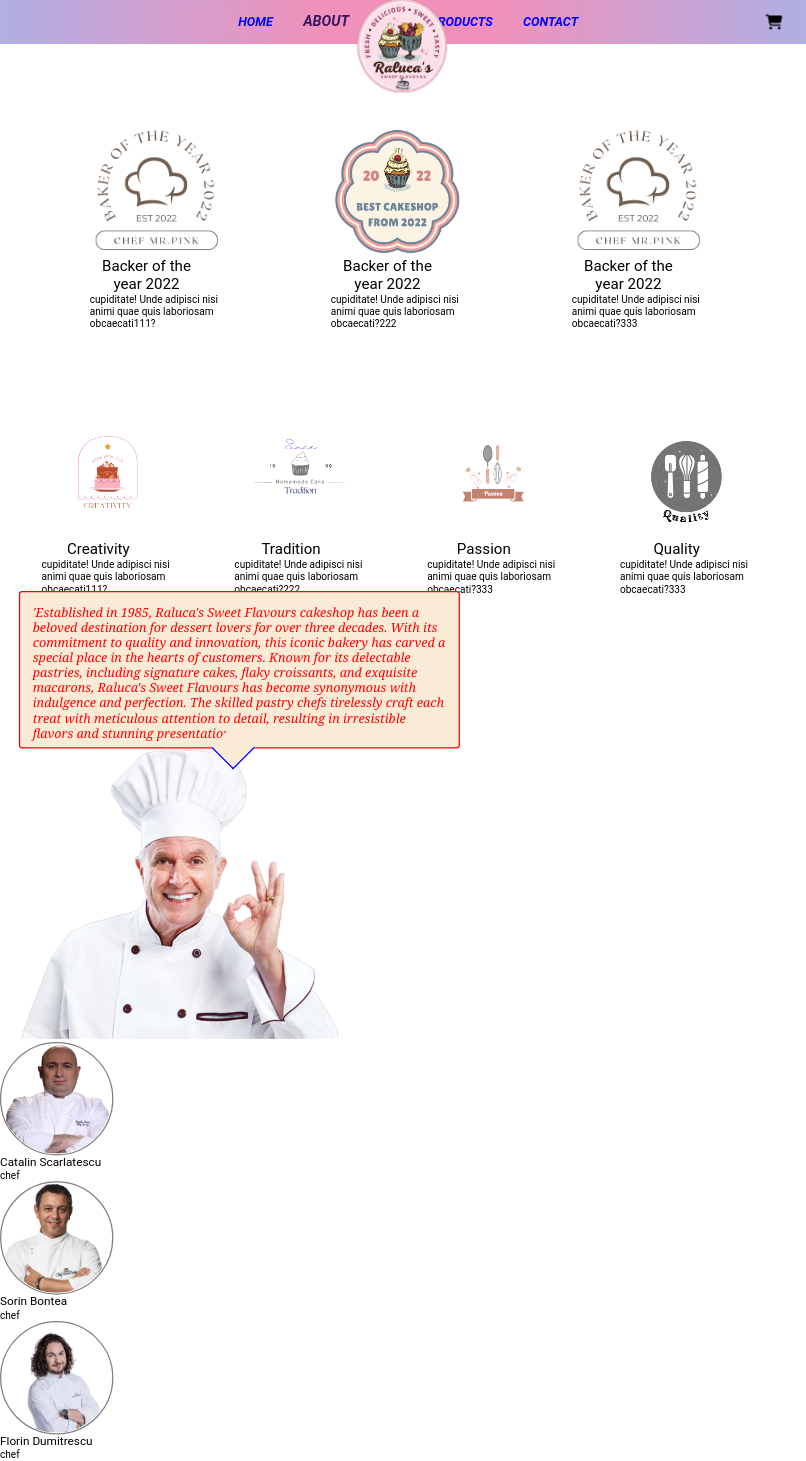
Repository: RalucaZota/cakeshop
Page: /about
The author's editor kept a copy of each file at every save. The page is drawn from the files as they stood at one save, then again after the next save.
The browser window is 1280 px wide. The pictures show the whole page, at 63% of full size.
The project was rebuilt for these pictures with package versions that can differ from the ones it lists, and the page was loaded fresh each time. Also part of the build but not shown: vite.config.js, src/components/AddtoCartButton.vue, src/components/FavoriteProduct.vue, src/components/ProductItem.vue, src/components/Testimonials.vue, src/views/Home.vue, src/views/Products.vue, src/views/Contact.vue.

Above is the page before, as saved 2023-06-28 08:40:13.

### index.html
<!DOCTYPE html>
<html lang="en">
  <head>
    <meta charset="UTF-8">
    <link rel="icon" href="/favicon.ico">
    <meta name="viewport" content="width=device-width, initial-scale=1.0">
    <title>Vite App</title>
  </head>
  <body>
    <div id="app"></div>
    <script type="module" src="/src/main.js"></script>

  </body>
</html>

### src/main.js
import './assets/main.css'
import{ createApp } from "vue";
import App from './App.vue'
import router from './router'

import { library } from '@fortawesome/fontawesome-svg-core'
import { FontAwesomeIcon } from '@fortawesome/vue-fontawesome'
import { faBars } from '@fortawesome/free-solid-svg-icons'
import { faXmark } from '@fortawesome/free-solid-svg-icons'
import { faCartShopping } from '@fortawesome/free-solid-svg-icons'

import 'vuetify/styles'
import { createVuetify } from 'vuetify'
import * as components from 'vuetify/components'
import * as directives from 'vuetify/directives'

const vuetify = createVuetify({
    components,
    directives,
  })
library.add(faBars, faXmark, faCartShopping)

createApp(App)
.component('font-awesome-icon', FontAwesomeIcon).use(router, vuetify)
.mount('#app')

### src/assets/main.css
@import './base.css';

#app {
  margin: 0 auto;

  font-weight: normal;
}

html{
  line-height: 1.2 !important;
}

### src/App.vue
<script setup>
import Navbar from "./components/Navbar.vue"


</script>

<template>
<navbar/>


</template>

<style scoped>

</style>

### src/router/index.js
import { createRouter, createWebHistory } from 'vue-router'

const router = createRouter({
  history: createWebHistory(import.meta.env.BASE_URL),
  routes: [
    {
      path: '/',
      name: 'home',
      component: () => import('../views/Home.vue')
    },
    { path: '/about', name: 'about', component: () => import('../views/About.vue') },
    { path: '/products', name: 'products', component: () => import('../views/Products.vue') },
    { path: '/contact', name: 'contact', component: () => import('../views/Contact.vue') }
    // route level code-splitting
    // this generates a separate chunk (About.[hash].js) for this route
    // which is lazy-loaded when the route is visited.
  ]
})

export default router

### src/assets/base.css
/* color palette from <https://github.com/vuejs/theme> */
:root {
  --vt-c-white: #ffffff;
  --vt-c-white-soft: #f8f8f8;
  --vt-c-white-mute: #f2f2f2;

  --vt-c-black: #181818;
  --vt-c-black-soft: #222222;
  --vt-c-black-mute: #282828;

  --vt-c-indigo: #2c3e50;

  --vt-c-divider-light-1: rgba(60, 60, 60, 0.29);
  --vt-c-divider-light-2: rgba(60, 60, 60, 0.12);
  --vt-c-divider-dark-1: rgba(84, 84, 84, 0.65);
  --vt-c-divider-dark-2: rgba(84, 84, 84, 0.48);

  --vt-c-text-light-1: var(--vt-c-indigo);
  --vt-c-text-light-2: rgba(60, 60, 60, 0.66);
  --vt-c-text-dark-1: var(--vt-c-white);
  --vt-c-text-dark-2: rgba(235, 235, 235, 0.64);
}

/* semantic color variables for this project */
:root {
  --color-background: var(--vt-c-white);
  --color-background-soft: var(--vt-c-white-soft);
  --color-background-mute: var(--vt-c-white-mute);

  --color-border: var(--vt-c-divider-light-2);
  --color-border-hover: var(--vt-c-divider-light-1);

  --color-heading: var(--vt-c-text-light-1);
  --color-text: var(--vt-c-text-light-1);

  --section-gap: 160px;
}

@media (prefers-color-scheme: dark) {
  :root {
    --color-background: var(--vt-c-black);
    --color-background-soft: var(--vt-c-black-soft);
    --color-background-mute: var(--vt-c-black-mute);

    --color-border: var(--vt-c-divider-dark-2);
    --color-border-hover: var(--vt-c-divider-dark-1);

    --color-heading: var(--vt-c-text-dark-1);
    --color-text: var(--vt-c-text-dark-2);
  }
}

*,
*::before,
*::after {
  box-sizing: border-box;
  margin: 0;
  font-weight: normal;
}

### src/components/Navbar.vue
<template>
  <header :class="{ 'scrolled-nav': scrolledNav }">
    <nav >
      <div class="cart">
          <font-awesome-icon icon="fa-solid fa-cart-shopping" fade size="xl" />
        </div>
      <ul class="navigation" v-show="!mobile">
        <li>
          <RouterLink active-class="active" :to="{ name: 'home' }" class=" link"
            >Home</RouterLink
          >
        </li>
        <li>
          <RouterLink active-class="active" :to="{ name: 'about' }" class=" link"
            >About</RouterLink
          >
        </li>
        <div class="branding">
          <img src="../assets/images/logo.png" alt="logo"/>
        </div>
        <li>
          <RouterLink active-class="active" :to="{ name: 'products' }" class=" link"
            >Products</RouterLink
          >
        </li>
        <li>
          <RouterLink active-class="active" :to="{ name: 'contact' }" class=" link"
            >Contact</RouterLink
          >
        </li>
      </ul>
        <div class="icon">
          <font-awesome-icon icon="fa-solid fa-bars" size="lg" @click="openMobileNav" v-show="!mobileNav && mobile"  class="burger" :class="{'icon-active': mobileNav}"/>
          <font-awesome-icon  v-show="mobileNav" icon="fa-solid fa-xmark" beat size="xl" @click="closeMobileNav" class="close-nav" :class="{'icon-active': mobileNav}"/>
        </div>

      <transition name="mobile-nav">

        <ul v-show="mobileNav" class="dropdown-nav">
          <li>
            <div class="branding">
          <img src="../assets/images/logo.png" alt="logo"/>
        </div>
          </li>
          <li>
            <RouterLink active-class="active" :to="{ name: 'home' }" class="link"
              >Home</RouterLink
            >
          </li>
          <li>
            <RouterLink active-class="active" :to="{ name: 'about' }" class=" link"
              >About</RouterLink
            >
          </li>
          <li>
            <RouterLink active-class="active" :to="{ name: 'products' }" class=" link"
              >Products</RouterLink
            >
          </li>
          <li>
            <RouterLink active-class="active" :to="{ name: 'contact' }" class=" link"
              >Contact</RouterLink
            >
          </li>
        </ul>
      </transition>
    </nav>
  </header>

  <RouterView />
</template>
<script>
import { RouterLink, RouterView } from 'vue-router'
import Home from '../views/Home.vue'
import Products from '../views/Products.vue'
import About from '../views/About.vue'
import Contact from '../views/Contact.vue'
export default {
  name: 'navbar',
  components: {
    Home,
    Products,
    About,
    Contact
  },
  data(){
    return {
      scrolledNav: null,
      mobile: null,
      mobileNav: null,
      windowWidth: null,

    }
  },
  created(){
    window.addEventListener('resize', this.checkScreen);
    this.checkScreen()
  },
  mounted(){
    window.addEventListener('scroll', this.updateScroll)
  },
  methods:{
    openMobileNav(){
      this.mobileNav = true


    },
    closeMobileNav(){
      this.mobileNav = false

    },

    updateScroll(){
      const scrollPosition =  window.scrollY;
      if (scrollPosition > 50){
        this.scrolledNav = true;
        return;
      }
      this.scrolledNav = false
    },
    checkScreen(){
      this.windowWidth = window.innerWidth;
      if( this.windowWidth <= 750){
        this.mobile = true;
        return;
      }
      this.mobile = false;
      this.mobileNav = false;
    }
  }
}
</script>
<style lang="scss">
@import '../styles/Navbar.scss';
</style>

### src/views/About.vue
<template>
  <div>
    <h1>About</h1>
    <div  class='universal-card-wrapper' >
        <universal-card v-for="( momentInfo, id) in momentsInfo" :key="id" >
          <template #img >
          <img :src="momentInfo.img"/></template>
          <template #title >
            <h2>{{ momentInfo.price }} </h2></template>
          <template #text><p>
            {{ momentInfo.text }}
          </p></template>
        </universal-card>
    </div>

    <div  class='universal-card-wrapper' >
        <universal-card v-for="( info, id) in knowBetterInfo" :key="id" >
          <template #img >
          <img :src="info.img" class="know-us-better-img"/></template>
          <template #title >
            <h2>{{ info.title }} </h2></template>
          <template #text><p>
            {{ info.text }}
          </p></template>
        </universal-card>
      </div>
      <comment-box/>
      <staff-component/>
  </div>
</template>
<script>
import StaffComponent from '../components/StaffComponent.vue'
import CommentBox from '../components/CommentBox.vue'
import { momentsInfo, knowBetterInfo } from '../data.js'
import UniversalCard from '../components/UniversalCard.vue'
export default {
  name: 'about',
  components: {
    UniversalCard,
    CommentBox,
    StaffComponent
  },
  data() {
    return {
      momentsInfo: momentsInfo,
      knowBetterInfo: knowBetterInfo,
      CommentBox: CommentBox
    }
  }
}
</script>
<style lang="scss" scoped>
.universal-card-wrapper{
  display: flex;
  flex-wrap: wrap;
  align-items: center;
  justify-content: space-evenly;
  margin-top: 150px;
  img{
    width: 200px;
    img.know-us-better-img{
      width: 250px !important;
      height: 250px !important;
    }
  }
  h2{
    text-align: center;
    width: 180px;
  }

}
</style>

### src/styles/Navbar.scss
header{
    width: 100%;
    position: fixed;
    transition: 0.5s ease all;
    background-color: transparent;
    z-index: 99;
    color: transparent;
    height: 68px;
    nav{
        display: flex;
        align-items: center;
        justify-content: space-evenly;
        flex-direction: row;
        background: rgb(238,174,202);
        background: rgb(240,145,186);
        background: rgb(240,145,186);
        background: radial-gradient(circle, rgba(240,145,186,1) 21%, rgba(176,175,228,1) 100%);
        transition: 0.5s ease all;
        padding: 5px 0;
        width: 100%;
        margin: 0 auto;
        text-decoration: none;
        position: relative;


        @media (min-width: 1140px) {
            max-width: 1300px;
        }
        @media (max-width: 749px) {
            width: 100%;
            padding: 20px;
        }
        ul,
        .link {
            color: blue;
            list-style: none;
            text-decoration: none;
        }
        li {
            text-transform: uppercase;
            padding: 16px;
            margin-left: 16px;
        }

        .link {
            font-weight: 700;
            font-style:italic;
            font-size: 20px;
            transition: 0.5s ease all;
            padding-bottom: 4px;
            border-bottom:  2px solid transparent;
            &:hover {
                color: #125159;
                border-color: purple;
            }
        }
        .branding {
            display: flex;
            align-items: center;
            margin-left: 80px;
            @media (max-width: 749px) {
                margin-left: 0px;
            }
            li.img{
                @media (max-width: 749px) {
                    padding-bottom: 0px;
            }
        }
            img {
                width: 150px;
                position: absolute;
                height: 155px;
                left: 44%;
                top: -10%;
                transition: .5s ease all;
                @media (max-width: 749px) {
                    position: relative;
                    width: 80px;
                    height: 80px;
                    left: 11%;
                }
            }
        }

        .active{
        font-weight: bold;
        font-size: 23px !important;
        color: #371563;
        font-weight: 700 !important;
        text-decoration: none;
        font-size: larger;

        }
        .cart{
        position: absolute;
        right: 3%;
        color: black;
        font-weight: 700;
    }
        .navigation {
            display: flex;
            align-items: center;
            flex: 1;
            justify-content: center;
    }
        .icon{
            display: flex;
            align-items: center;
            position: absolute;
            top: 0;
            left: 24px;
            height: 100%;
            color: black;
            transform: rotateZ(180deg);
            .burger{
            cursor: pointer;
            font-size: 24px;
            transition: .8s ease all;

        }
            .close-nav{
                color: black;
                font-weight: 600;
            }
    }
        .icon-active{

            color: red;
            display: inline-block;




    }
        .dropdown-nav{
            display: flex;
            flex-direction: column;
            align-items: center;
            position: fixed;
            width: 100%;
            max-width: 215px;
            height: 100%;
            background: radial-gradient(circle, rgba(240,145,186,1) 21%, rgba(176,175,228,1) 100%);
            top: 4.8%;
            left: 0;
            padding-left: 0px;
            line-height: 5px;
            padding-top: 10px;

            li{
                margin-left: 0;
                .link{
                    color: black;
                    font-weight: 600;
            }
        }

    }
        .mobile-nav-enter-active, .mobile-nav-leave-active {
            transition:  1s ease all;
        }
        .mobile-nav-enter-from, .mobile-nav-leave-to {
            transform: translateX((-250px));
        }
        .mobile-nav-enter-to {
            transform: translateX((0));
        }

}
}
.scrolled-nav{
    // box-shadow: 0 4px 6px -1px rgba(0, 0, 0, 0.1), 0 2px 4px -1px rgba(0, 0, 0, 0.06);
        nav{
            padding: 8px 0;
            .branding{
            // img{
            //     width: 40px;
            //     box-shadow: 0 4px 6px -1px rgba(0, 0, 0, 0.1), 0 2px 4px -1px rgba(0, 0, 0, 0.06);

            // }
        }
    }
}

### src/components/StaffComponent.vue
<template>
  <div v-for="{ name, status, img } in chefs" :key="name"  class="chef">
    <div>
      <div class="chef-img-div">
        <img :src="img" class="chef-img" />
      </div>
      <h3>{{ name }}</h3>
      <p>{{ status }}</p>
    </div>
  </div>
</template>
<script>
import { chefs } from '../data'
export default {
  name: 'staff-component',
  data() {
    return {
      chefs: chefs
    }
  }
}
</script>
<style>
@import '../styles/StaffComponent.scss';
</style>

### src/components/CommentBox.vue
<template>
    <div>
        <div class="big-comment-box">
            <div class="little-comment-box"></div>
            <p class="text-comment-box">{{ CommentBox }}</p>
        </div>
        <img src="../assets//images//chef.png"/>
    </div>

</template>
<script>
import { CommentBox } from '../data.js'
export default {
  name: 'comment-box',
  data() {
    return {
      CommentBox: CommentBox
    }
  }
}
</script>
<style scoped>
@import '../styles/CommentBox.scss';
</style>

### src/data.js
const ClientsInfo = [
  {
    id: 1,
    name: 'Sam Smith',
    opinion:
      'Lorem ipsum dolor sit amet consectetur, adipisicing elit. Necessitatibus dolore reiciendis cupiditate! Unde adipisci nisi animi quae quis laboriosam obcaecati?',
    img: '../src/assets/images/clients/samsmith.jpg'
  },
  {
    id: 2,
    name: 'Olga Bacari',
    opinion:
      'Lorem ipsum dolor sit amet consectetur, adipisicing elit. Necessitatibus dolore reiciendis cupiditate! Unde adipisci nisi animi quae quis laboriosam obcaecati?',
    img: '../src/assets/images/clients/olgabacari.jpg'
  },
  {
    id: 3,
    name: 'Richard Muller',
    opinion:
      'Lorem ipsum dolor sit amet consectetur, adipisicing elit. Necessitatibus dolore reiciendis cupiditate! Unde adipisci nisi animi quae quis laboriosam obcaecati?',
    img: '../src/assets/images/clients/richardmuller.jpg'
  }
]

const momentsInfo = [
  {
    id: 1,
    price: 'Backer of the year 2022',
    img: '../src/assets/images/bestMoments/backer-year.png',
    text: ' cupiditate! Unde adipisci nisi animi quae quis laboriosam obcaecati111?'
  },
  {
    id: 2,
    price: 'Backer of the year 2022',
    img: '../src/assets/images/bestMoments/best-cakeshop.png',
    text: 'cupiditate! Unde adipisci nisi animi quae quis laboriosam obcaecati?222'
  },
  {
    id: 3,
    price: 'Backer of the year 2022',
    img: '../src/assets/images/bestMoments/backer-year.png',
    text: 'cupiditate! Unde adipisci nisi animi quae quis laboriosam obcaecati?333'
  }
]
const knowBetterInfo = [
  {
    id: 1,
    title: 'Creativity',
    img: '../src/assets/images/knowusbetter/creativity.png',
    text: ' cupiditate! Unde adipisci nisi animi quae quis laboriosam obcaecati111?'
  },
  {
    id: 2,
    title: 'Tradition',
    img: '../src/assets/images/knowusbetter/tradition.png',
    text: 'cupiditate! Unde adipisci nisi animi quae quis laboriosam obcaecati?222'
  },
  {
    id: 3,
    title: 'Passion',
    img: '../src/assets/images/knowusbetter/passion.png',
    text: 'cupiditate! Unde adipisci nisi animi quae quis laboriosam obcaecati?333'
  },
  {
    id: 4,
    title: 'Quality',
    img: '../src/assets/images/knowusbetter/quality.png',
    text: 'cupiditate! Unde adipisci nisi animi quae quis laboriosam obcaecati?333'
  }
]
const CommentBox =
  " 'Established in 1985, Raluca's Sweet Flavours cakeshop has been a beloved destination for dessert lovers for over three decades. With its commitment to quality and innovation, this iconic bakery has carved a special place in the hearts of customers. Known for its delectable pastries, including signature cakes, flaky croissants, and exquisite macarons, Raluca's Sweet Flavours has become synonymous with indulgence and perfection. The skilled pastry chefs tirelessly craft each treat with meticulous attention to detail, resulting in irresistible flavors and stunning presentation.' "

const chefs = [
  {
    name: 'Catalin Scarlatescu',
    status: 'chef',
    img: '../src/assets/images/chefs/catalin-scarlatescu.png'
  },
  { name: 'Sorin Bontea', status: 'chef', img: '../src/assets/images/chefs/sorin-bontea.png' },
  {
    name: 'Florin Dumitrescu',
    status: 'chef',
    img: '../src/assets/images/chefs/florin-dumitrescu.png'
  }
]
export { momentsInfo, knowBetterInfo, CommentBox, chefs }
export default ClientsInfo

### src/components/UniversalCard.vue
<template>
  <div class="universal-card">
    <div class="universal-card-img">
      <slot name="img"> </slot>
    </div>
    <div class="universal-card-details">
      <slot name="title"> </slot>
      <slot name="text"> </slot>
    </div>
  </div>
</template>
<script>
export default {
  name: 'universal card'
}
</script>
<style >
@import '../styles/UniversalCard.scss';
</style>

### src/styles/StaffComponent.scss
.chef {
    display: flex;
  .chef-img-div {
    border-radius: 50%;
    border: 2px solid grey;
    width: 180px;
    height: 180px;
    .chef-img {
      width: 175px;
      height: 175px;
      border-radius: 50%;
    }
  }
}

### src/styles/CommentBox.scss
.big-comment-box{
    margin-left: 30px;
    width: 700px;
    height: 250px;
    border: 2px solid red;
    border-radius: 5px;
    position: relative;
    background-color: antiquewhite;

    .little-comment-box{
        width: 50px;
        height: 50px;
        border: 2px solid blue;
        position: absolute;
        bottom: -10%;
        left: 45%;
        transform: rotateZ(45deg);
        border-left-color: transparent;
        border-top-color: transparent;
        background-color: antiquewhite;
    }
    .text-comment-box{
        font-size: 20px;
        font-style: italic;
        font-family: Cambria, Cochin, Georgia, Times, 'Times New Roman', serif;
        color: red;
        padding: 20px;

    }

}

### src/styles/UniversalCard.scss
.universal-card{
    max-width: 250px;
    height: 300px;
    padding: 10px;
    display: flex;
    flex-direction: column;
    align-items: center;
    .universal-card-img{
        padding: 5px;
        width: 230px;
        height: 200px;
        border-radius: 8px;
        margin-bottom: 10px;


        }
    .universal-card-details{
        }
    }

After the next save:
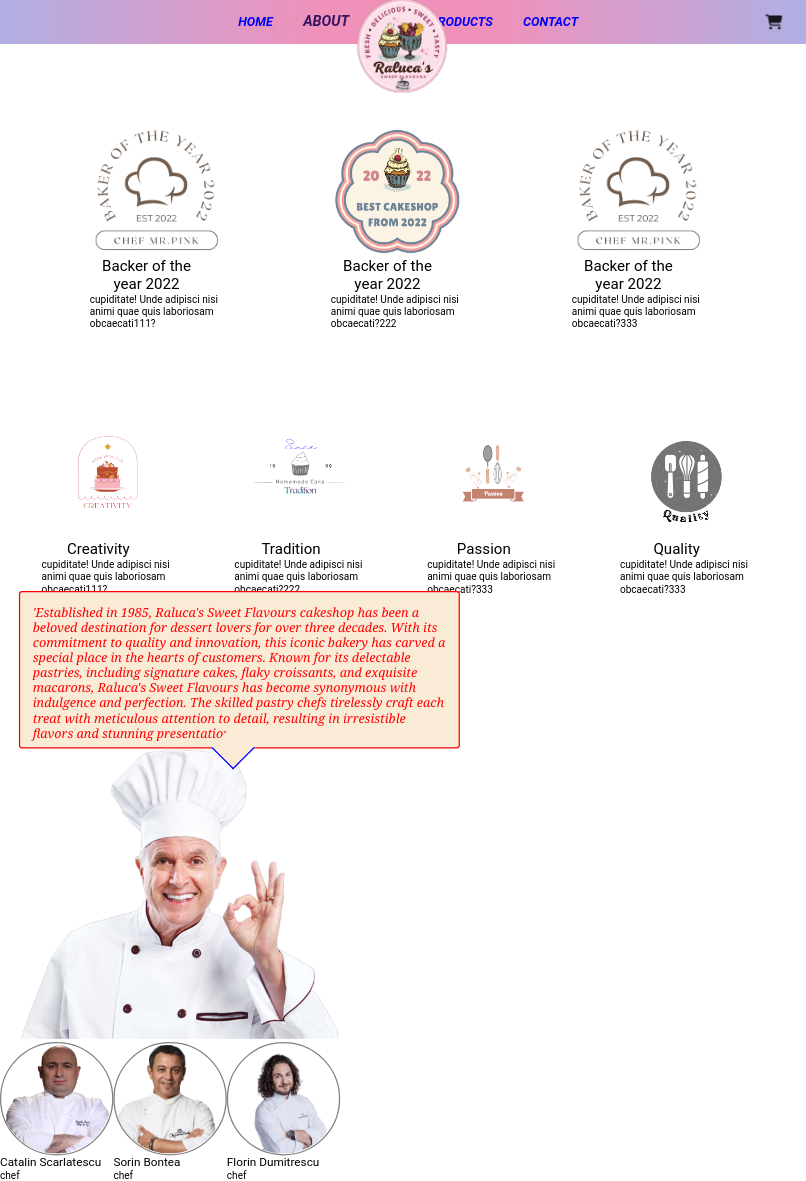
Saved 72 s later.
--- a/src/components/StaffComponent.vue
+++ b/src/components/StaffComponent.vue
@@ -1,6 +1,6 @@
 <template>
-  <div v-for="{ name, status, img } in chefs" :key="name"  class="chef">
-    <div>
+    <div class="chef">
+  <div v-for="{ name, status, img } in chefs" :key="name" >
       <div class="chef-img-div">
         <img :src="img" class="chef-img" />
       </div>
